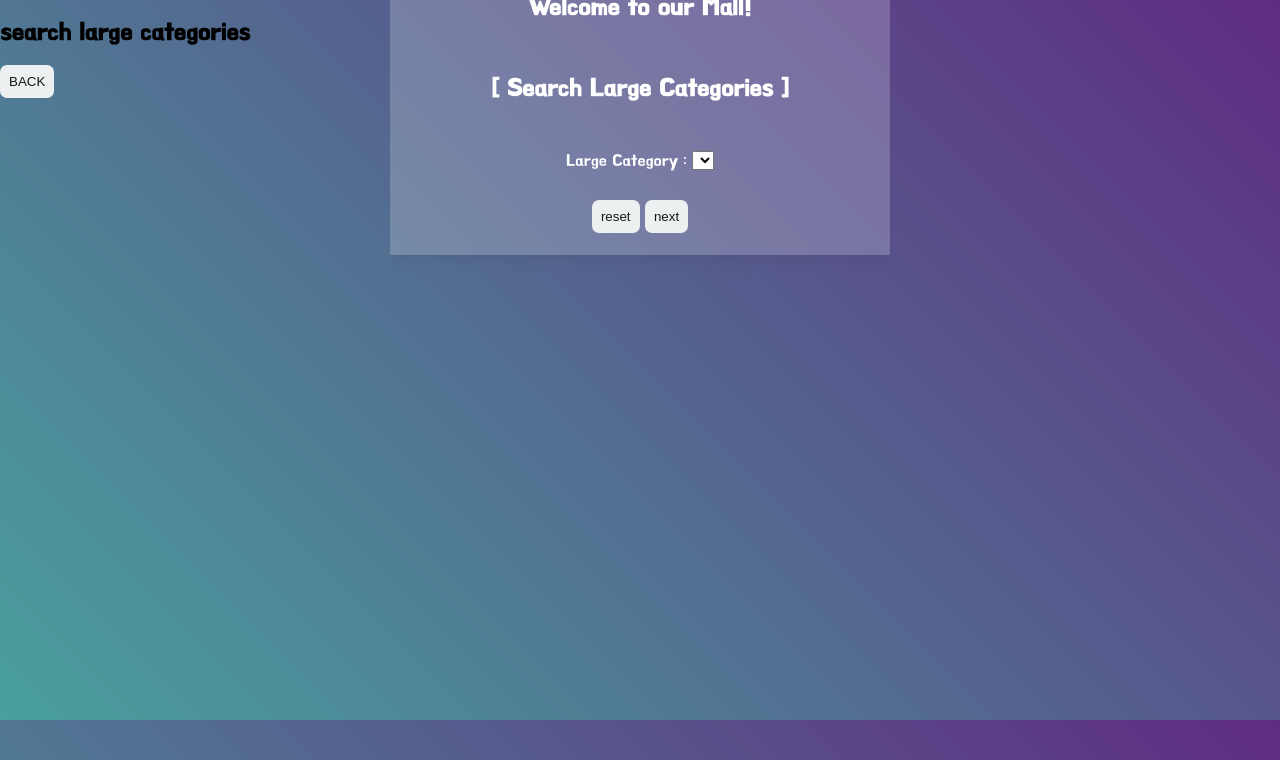
Repository: MIR013/KNU_DB_Project_Team5
Page: http://localhost/Databaase/search_category_large.jsp
An editor plug-in stored every save of this project. The page is shown before and after the next save, followed by the edit.
The browser window is 1280 px wide. The pictures show the whole page.
The page is served by Tomcat 9. Queries for data that is not in the repository find no rows.

Above is the page before, as saved 2018-11-22 11:16:55.

After the next save:
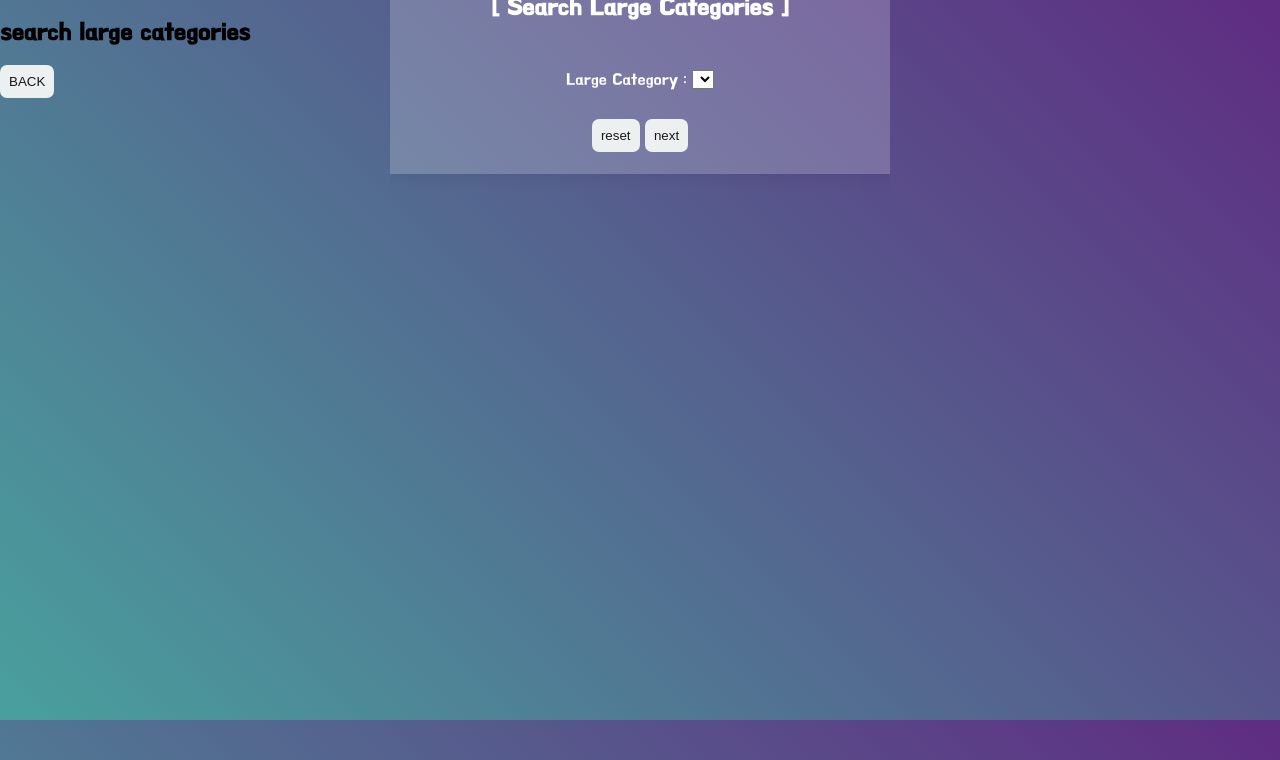
Saved 13 s later.
--- a/dbphase/Databaase/WebContent/search_category_large.jsp
+++ b/dbphase/Databaase/WebContent/search_category_large.jsp
@@ -36,7 +36,7 @@ conn.setAutoCommit(false);
 	pstmt = conn.prepareStatement(query);
 	rs = pstmt.executeQuery();
 	out.print("<form action = search_category_middle.jsp method = 'POST'><div class=\"container\"> <table>");
-	out.print("<tr><th><h2>Welcome to our Mall!</h2></br><h2> [ Search Large Categories ]</h2></th></tr>");
+	out.print("<tr><th><h2> [ Search Large Categories ]</h2></th></tr>");
 
 	//large check box
 	out.print("	<tr> <td>Large Category : <select name=\"largeCat\">");
